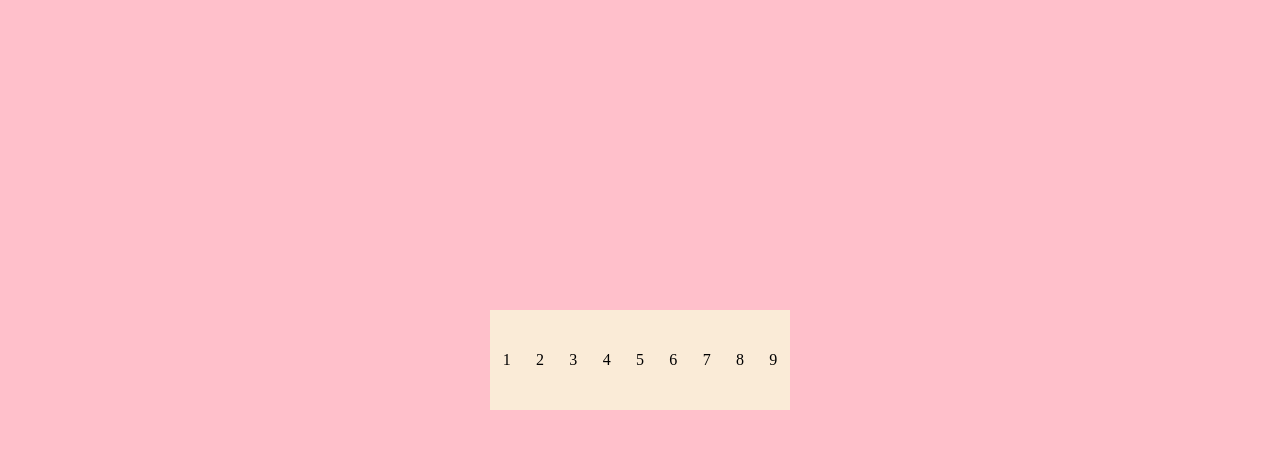
Repository: MMXiaohang/frontend-interview-coding
Page: 18.九宫格布局.html
These files come from the project's save history. The page is drawn as it stood at one moment and after the next save; the edit follows.
The browser window is 1280 px wide. The pictures show the whole page.

Above is the page before, as saved 2022-04-01 11:48:18.

### 18.九宫格布局.html
<!DOCTYPE html>
<html lang="en">
<head>
    <meta charset="UTF-8">
    <meta http-equiv="X-UA-Compatible" content="IE=edge">
    <meta name="viewport" content="width=device-width, initial-scale=1.0">
    <title>Document</title>
    <style>
        *{
            padding: 0;
            margin: 0;
        }

        html, body{
            height: 100%;
        }

        body{
            display: grid;
            place-items: center;
            background-color: pink;
        }

        ul{
            width: 300px;
            list-style: none;
            display: flex;
            flex-wrap: wrap;
            background-color: antiquewhite;
        }

        li{
            display: grid;
            place-items: center;
            /* width: 100px;
            height: 100px;
            box-sizing: border-box;
            border: 1px solid black;
            margin: -1px 0 0 -1px; */

            width: 30%;
            flex: 1;
            height: 100px;
            transition: all 1s linear;
        }

        li:hover{
            color: red;
            border: 1px solid;
            z-index: 1;
            font-size: 40px;
        }


    </style>
</head>
<body>
    <ul>
        <li>1</li>
        <li>2</li>
        <li>3</li>
        <li>4</li>
        <li>5</li>
        <li>6</li>
        <li>7</li>
        <li>8</li>
        <li>9</li>
    </ul>

    <script>
        const ulDom = document.querySelector("ul");
        ulDom.addEventListener("click", (e) => {
            alert(e.target.innerText);
        })
    </script>
</body>
</html>

After the next save:
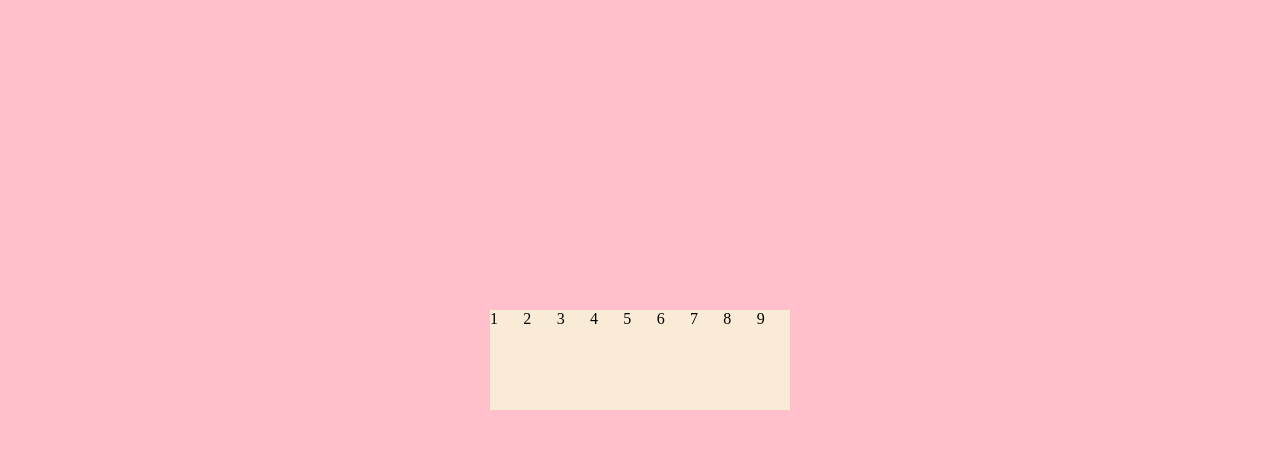
Saved 4 s later.
--- a/18.九宫格布局.html
+++ b/18.九宫格布局.html
@@ -30,8 +30,8 @@
         }
 
         li{
-            display: grid;
-            place-items: center;
+            /* display: grid;
+            place-items: center; */
             /* width: 100px;
             height: 100px;
             box-sizing: border-box;

After the save that followed:
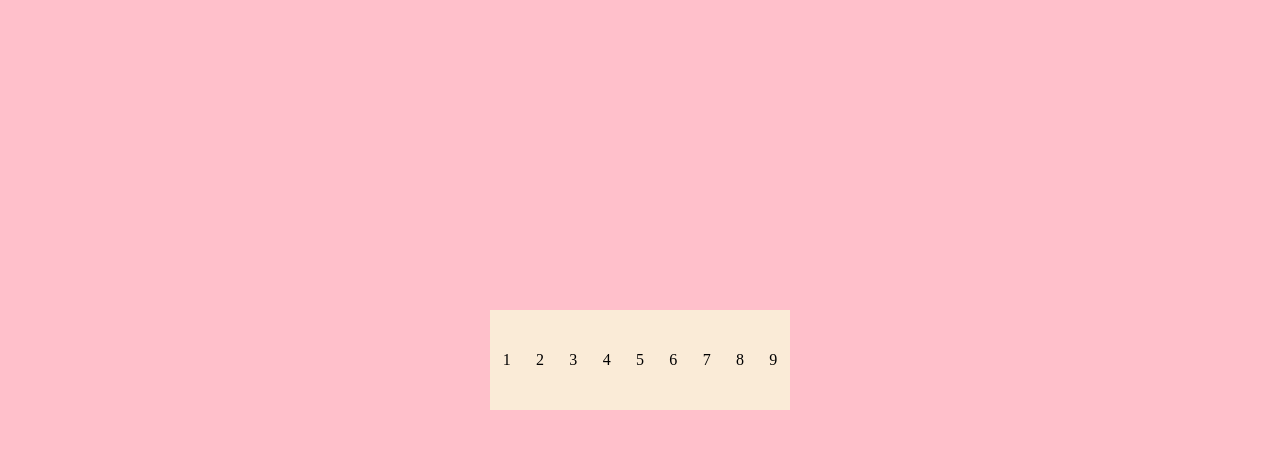
Saved 6 s later.
--- a/18.九宫格布局.html
+++ b/18.九宫格布局.html
@@ -30,8 +30,8 @@
         }
 
         li{
-            /* display: grid;
-            place-items: center; */
+            display: grid;
+            place-items: center;
             /* width: 100px;
             height: 100px;
             box-sizing: border-box;
